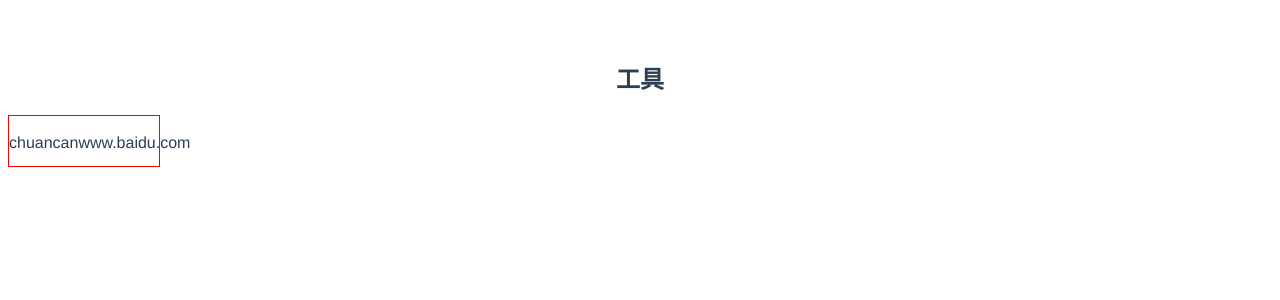
Repository: LiuZixu-aurelio/collection
Page: /
The author's editor kept a copy of each file at every save. The page is drawn from the files as they stood at one save, then again after the next save.
The browser window is 1280 px wide. The pictures show the whole page.
The project was rebuilt for these pictures with package versions that can differ from the ones it lists, and the page was loaded fresh each time.

Above is the page before, as saved 2022-06-09 15:41:13.

### src/App.vue
<template>

  <HelloWorld msg="Welcome to Your Vue.js App"/>
</template>

<script>
import HelloWorld from './components/HelloWorld.vue'

export default {
  name: 'App',
  components: {
    HelloWorld
  }
}
</script>

<style>
#app {
  font-family: Avenir, Helvetica, Arial, sans-serif;
  -webkit-font-smoothing: antialiased;
  -moz-osx-font-smoothing: grayscale;
  text-align: center;
  color: #2c3e50;
  margin-top: 60px;
}
</style>

### src/components/HelloWorld.vue
<template>
  <div>
    <div>
      <h2>工具</h2>
      <Card msg="chuancan" web="www.baidu.com"/>
    </div>
  </div>
</template>

<script>
import Card from './Card.vue'
export default {
  components: { Card },
  name: 'HelloWorld',
  props: {
    msg: String
  }
}
</script>

<!-- Add "scoped" attribute to limit CSS to this component only -->
<style scoped>
h3 {
  margin: 40px 0 0;
}
ul {
  list-style-type: none;
  padding: 0;
}
li {
  display: inline-block;
  margin: 0 10px;
}
a {
  color: #42b983;
}
</style>

### src/components/Card.vue
<template>
  <div @click="openweb">
    <img src="" alt="">
    <span>{{msg}}</span>
    <span>{{web}}</span>
  </div>
</template>

<script>
export default {
  name: 'Card',
  props: {
    msg: String,
    web: String
  },
  methods:{
    openweb: function(){
      window.open(this.props.web)
      console.log(this.props)
    }
  }
}
</script>

<!-- Add "scoped" attribute to limit CSS to this component only -->
<style scoped>
div {
  border: 1px solid red;
  width: 150px;
  height: 50px;
}
</style>

Loaded but not shown: public/index.html (common file); src/main.js (common file)

After the next save:
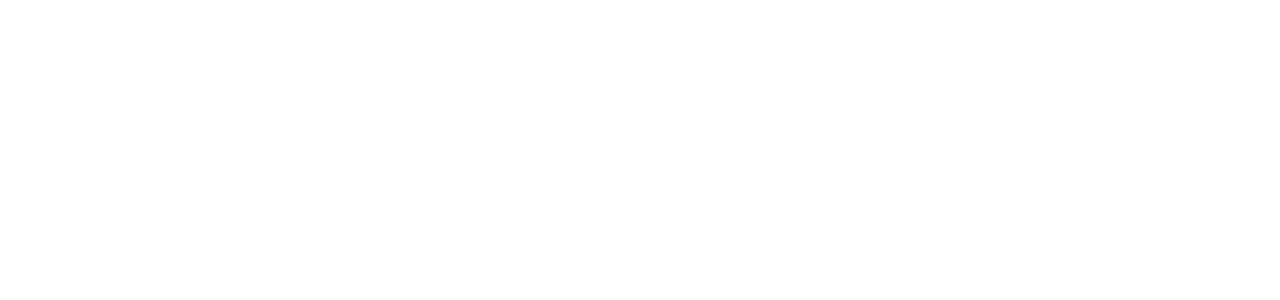
Console error: TypeError: Cannot read properties of undefined (reading 'props')
Saved 30 s later.
--- a/src/components/Card.vue
+++ b/src/components/Card.vue
@@ -9,6 +9,9 @@
 <script>
 export default {
   name: 'Card',
+  data: {
+    web: this.props
+  },
   props: {
     msg: String,
     web: String

After the 5 saves that followed:
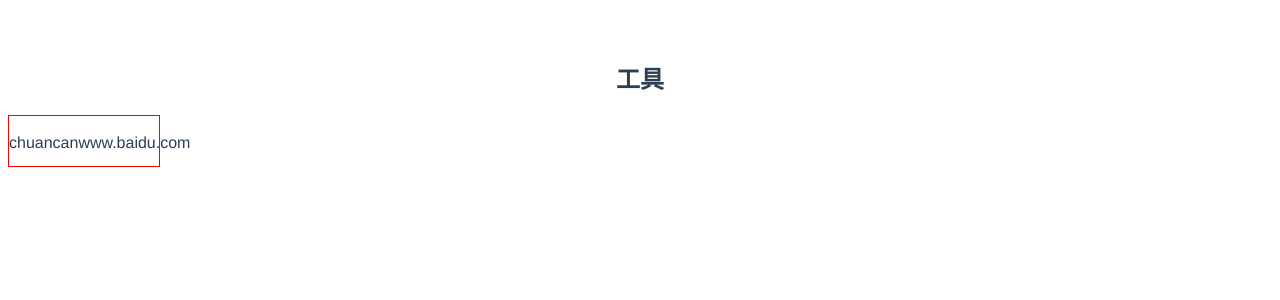
The error is gone.
The 5 saves are shown as one change because 3 left the picture as it was and some came seconds apart.
The last was saved 2 min 9 s later.
--- a/src/components/Card.vue
+++ b/src/components/Card.vue
@@ -7,10 +7,13 @@
 </template>
 
 <script>
+import func from 'vue-editor-bridge'
 export default {
   name: 'Card',
-  data: {
-    web: this.props
+  data: function(){
+    return({
+      web:this
+    })
   },
   props: {
     msg: String,
